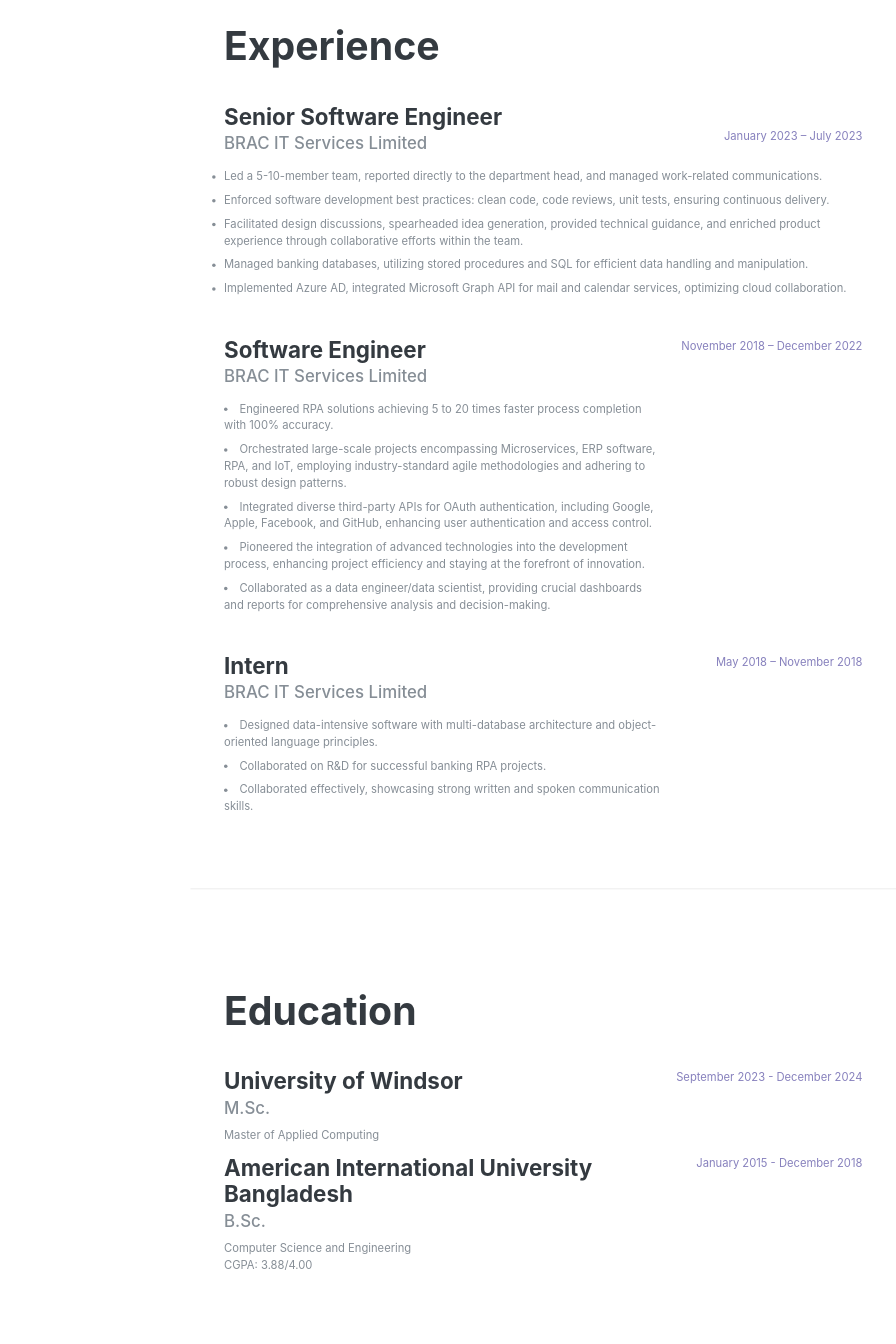
Repository: xahin96/xahin96.github.io
Page: index.html
The author's editor kept a copy of each file at every save. The page is drawn from the files as they stood at one save, then again after the next save.
The browser window is 1280 px wide. The pictures show the part of the page from y = 736 to 2656 px (the page is 5463 px tall), at 70% of full size.
Some web fonts or font styles are not loaded; a fallback is used.

Above is the page before, as saved 2024-04-27 12:30:55.

After the next save:
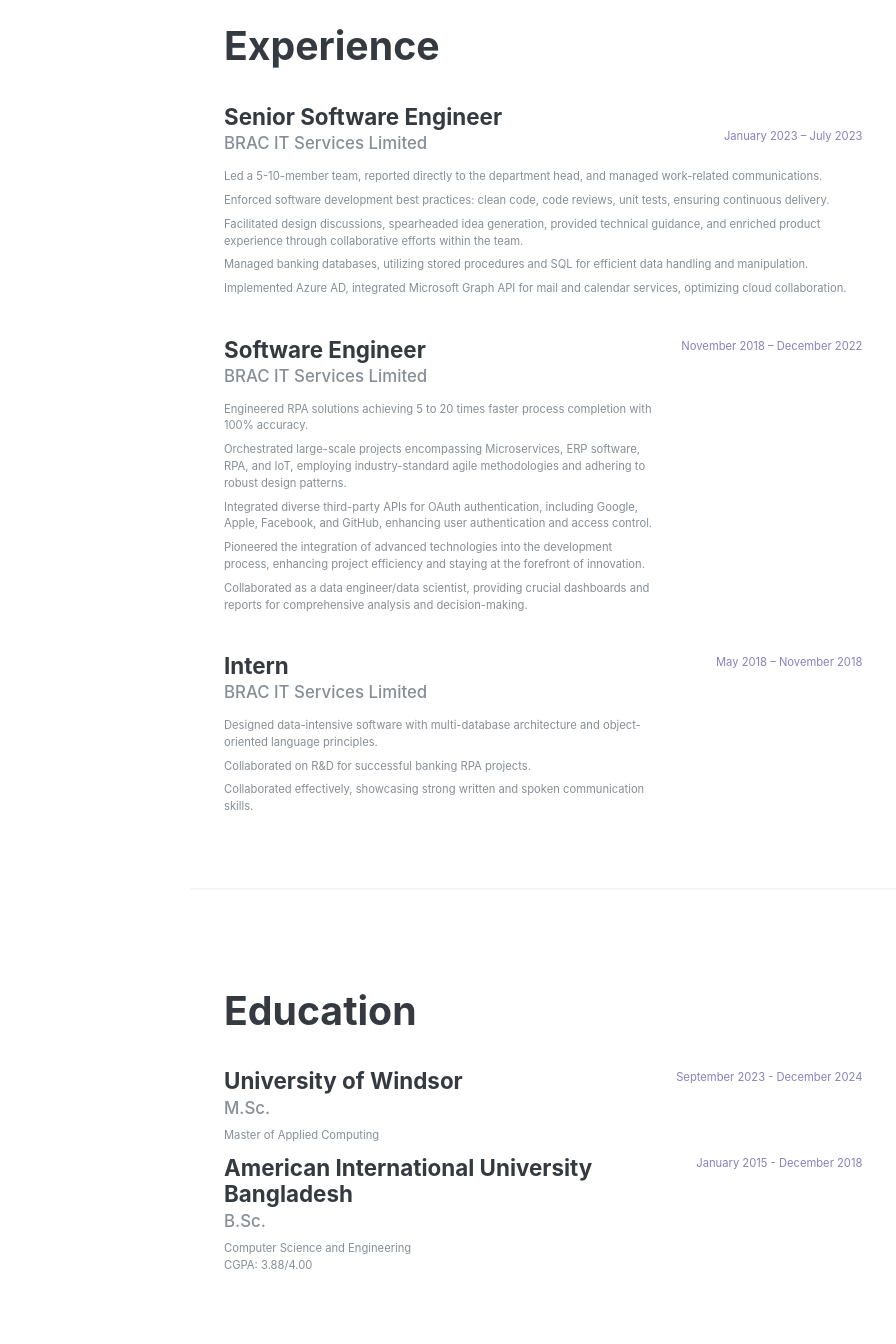
Saved 4 s later.
--- a/css/resume.css
+++ b/css/resume.css
@@ -52,6 +52,7 @@ ul{
 }
 
 li{
+  list-style: none;
   margin-bottom: 10px;
 }
 
